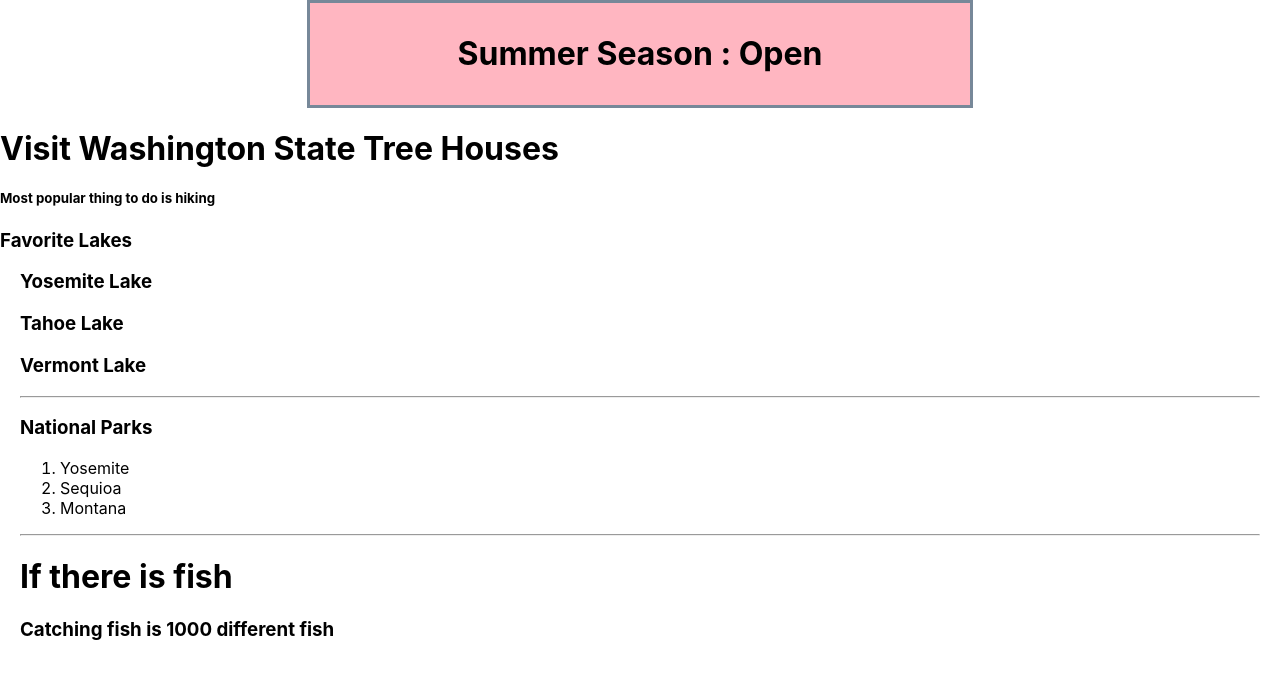
Repository: CaptainStorm21/intro-react-hooks
Page: /
An editor plug-in stored every save of this project. The page is shown before and after the next save, followed by the edit.
The browser window is 1280 px wide. The pictures show the whole page.
The project was rebuilt for these pictures with package versions that can differ from the ones it lists, and the page was loaded fresh each time. Also part of the build but not shown: src/App.css.

Above is the page before, as saved 2020-05-27 00:22:15.

After the next save:
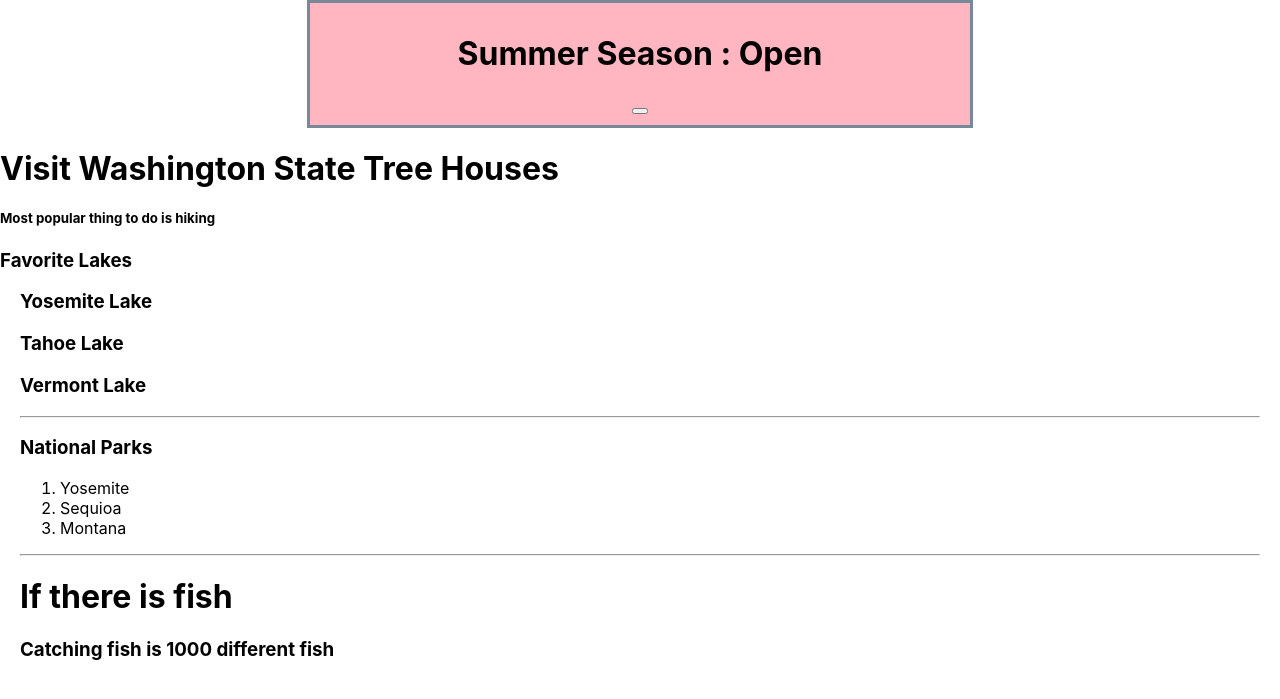
Saved 12 s later.
--- a/src/Fragment.js
+++ b/src/Fragment.js
@@ -21,6 +21,7 @@ function Fragment() {
     <>
       <div className="div-style">
               <h1>Summer Season : {status}</h1>
+              <button></button>
       </div>
     </>
   );
